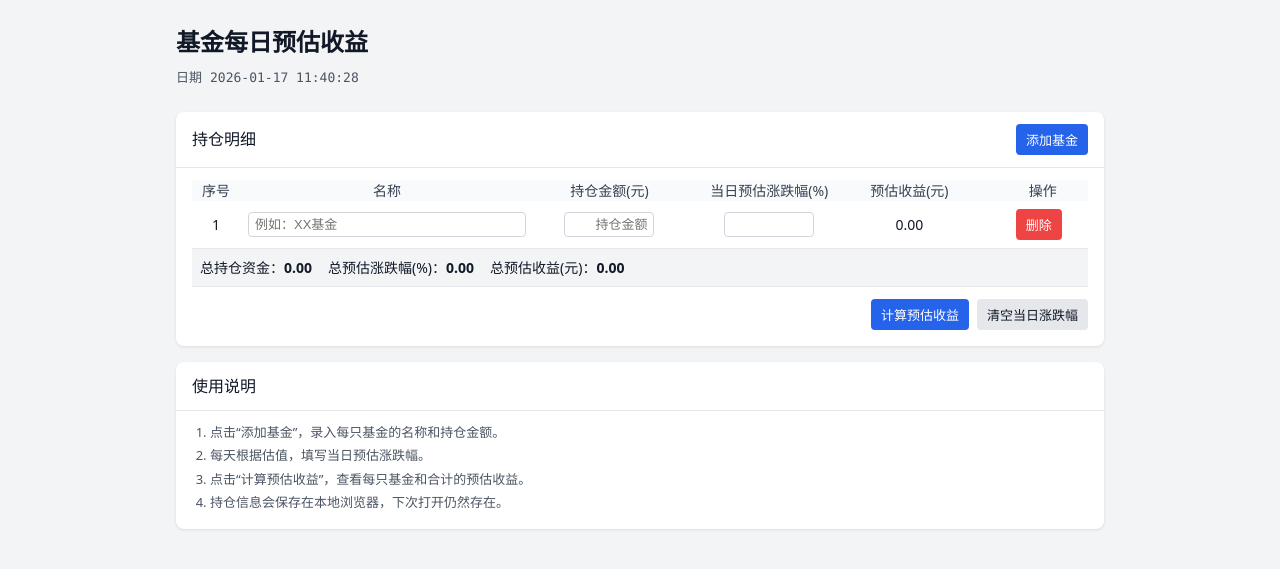
Repository: zt-boom/finance
Page: index.html
The author's editor kept a copy of each file at every save. The page is drawn from the files as they stood at one save, then again after the next save.
The browser window is 1280 px wide. The pictures show the whole page.

Above is the page before, as saved 2026-01-17 13:30:40.

### index.html
<!DOCTYPE html>
<html lang="zh-CN">
<head>
<meta charset="UTF-8">
<title>基金每日预估收益</title>
<meta name="viewport" content="width=device-width,initial-scale=1">
<link rel="stylesheet" href="./style.css">
</head>
<body>
<div class="app">
<header class="app-header">
<h1>基金每日预估收益</h1>
<div class="date-row">
<span>日期</span>
<span id="current-date"></span>
</div>
</header>
<main class="app-main">
<section class="card">
<div class="card-header">
<h2>持仓明细</h2>
<button id="add-fund-btn" class="primary-button">添加基金</button>
</div>
<div class="card-body">
<div class="table-wrapper">
<table class="fund-table">
<thead>
<tr>
<th class="index-col">序号</th>
<th>名称</th>
<th>持仓金额(元)</th>
<th>当日预估涨跌幅(%)</th>
<th>预估收益(元)</th>
<th>操作</th>
</tr>
</thead>
<tbody id="fund-table-body"></tbody>
<tfoot>
<tr class="summary-row">
<td colspan="6">
<div class="summary-items">
<div class="summary-left">
<span>总持仓资金：<strong id="total-amount">0.00</strong></span>
<span>总预估涨跌幅(%)：<strong id="total-percent">0.00</strong></span>
<span>总预估收益(元)：<strong id="total-profit">0.00</strong></span>
</div>
</div>
</td>
</tr>
</tfoot>
</table>
</div>
<div class="actions-row">
<button id="calculate-btn" class="primary-button">计算预估收益</button>
<button id="reset-percentage-btn" class="secondary-button">清空当日涨跌幅</button>
</div>
</div>
</section>
<section class="card">
<div class="card-header">
<h2>使用说明</h2>
</div>
<div class="card-body instructions">
<ol>
<li>点击“添加基金”，录入每只基金的名称和持仓金额。</li>
<li>每天根据估值，填写当日预估涨跌幅。</li>
<li>点击“计算预估收益”，查看每只基金和合计的预估收益。</li>
<li>持仓信息会保存在本地浏览器，下次打开仍然存在。</li>
</ol>
</div>
</section>
</main>
</div>
<script src="./main.js"></script>
</body>
</html>

### style.css
* {
box-sizing: border-box;
margin: 0;
padding: 0;
}

body {
font-family: system-ui, -apple-system, BlinkMacSystemFont, "Segoe UI", sans-serif;
background-color: #f3f4f6;
color: #111827;
line-height: 1.5;
}

.app {
max-width: 960px;
margin: 0 auto;
padding: 24px 16px 40px;
}

.app-header {
display: flex;
flex-direction: column;
gap: 8px;
margin-bottom: 24px;
}

.app-header h1 {
font-size: 24px;
font-weight: 600;
color: #111827;
}

.date-row {
display: flex;
gap: 8px;
align-items: center;
font-size: 13px;
color: #4b5563;
}

.date-row span:last-child {
font-family: ui-monospace, SFMono-Regular, Menlo, Monaco, Consolas, "Liberation Mono", "Courier New", monospace;
font-variant-numeric: tabular-nums;
}

.app-main {
display: flex;
flex-direction: column;
gap: 16px;
}

.card {
background-color: #ffffff;
border-radius: 8px;
box-shadow: 0 1px 3px rgba(15, 23, 42, 0.1);
overflow: hidden;
}

.card-header {
display: flex;
justify-content: space-between;
align-items: center;
padding: 12px 16px;
border-bottom: 1px solid #e5e7eb;
}

.card-header h2 {
font-size: 16px;
font-weight: 500;
}

.card-body {
padding: 12px 16px 16px;
}

.table-wrapper {
overflow-x: auto;
margin-bottom: 12px;
}

.fund-table {
width: 100%;
border-collapse: collapse;
font-size: 14px;
}

.fund-table td {
border-bottom: 1px solid #e5e7eb;
padding: 8px;
text-align: left;
}

.fund-table th.index-col,
.fund-table td[data-role="row-index"] {
width: 48px;
text-align: center;
}

.fund-table td:nth-child(3),
.fund-table td:nth-child(4) {
text-align: center;
}

.fund-table td:nth-child(5),
.fund-table td:nth-child(6) {
text-align: center;
}

.fund-table thead {
background-color: #f9fafb;
}

.fund-table th {
font-weight: 500;
color: #374151;
text-align: center;
}

.fund-table tbody tr:nth-child(even) {
background-color: #f9fafb;
}

.fund-table input {
width: 100%;
padding: 4px 6px;
font-size: 13px;
border-radius: 4px;
border: 1px solid #d1d5db;
outline: none;
text-align: right;
}

.fund-table input.narrow-number-input {
width: 90px;
margin: 0 auto;
}

.fund-table td:nth-child(2) input {
text-align: left;
}

.fund-table th:nth-child(6),
.fund-table td:nth-child(6) {
padding-left: 32px;
}

.fund-table input[type="number"]::-webkit-outer-spin-button,
.fund-table input[type="number"]::-webkit-inner-spin-button {
-webkit-appearance: none;
margin: 0;
}

.fund-table input[type="number"] {
-moz-appearance: textfield;
}

.fund-table input:focus {
border-color: #2563eb;
box-shadow: 0 0 0 1px rgba(37, 99, 235, 0.2);
}

.value-positive {
color: #ef4444;
}

.value-negative {
color: #10b981;
}

.value-zero {
color: #6b7280;
}

.summary-row td {
font-weight: 600;
color: #111827;
background-color: #f3f4f6;
}

.summary-items {
display: flex;
flex-wrap: wrap;
gap: 4px 16px;
justify-content: flex-start;
align-items: center;
}

.summary-items span {
font-weight: 500;
white-space: nowrap;
}

.summary-left {
display: flex;
flex-wrap: wrap;
gap: 4px 16px;
align-items: center;
}

.primary-button,
.secondary-button,
.danger-button {
border-radius: 4px;
border: none;
cursor: pointer;
font-size: 13px;
padding: 6px 10px;
display: inline-flex;
align-items: center;
justify-content: center;
}

.primary-button {
background-color: #2563eb;
color: #ffffff;
}

.primary-button:hover {
background-color: #1d4ed8;
}

.secondary-button {
background-color: #e5e7eb;
color: #111827;
}

.secondary-button:hover {
background-color: #d1d5db;
}

.danger-button {
background-color: #ef4444;
color: #ffffff;
}

.danger-button:hover {
background-color: #dc2626;
}

.actions-row {
display: flex;
flex-wrap: wrap;
gap: 8px;
margin-top: 4px;
justify-content: flex-end;
}

.instructions {
font-size: 13px;
color: #4b5563;
}

.instructions ol {
padding-left: 18px;
display: flex;
flex-direction: column;
gap: 4px;
}

@media (max-width: 640px) {
.app {
padding-inline: 12px;
}
.card-header {
flex-direction: column;
gap: 8px;
align-items: flex-start;
}
}

### main.js
const STORAGE_KEY = "fund_holdings_v1";

function formatCurrency(value) {
if (Number.isNaN(value)) return "0.00";
return value.toFixed(2);
}

function getTodayDateString() {
const now = new Date();
const year = String(now.getFullYear());
const month = String(now.getMonth() + 1).padStart(2, "0");
const day = String(now.getDate()).padStart(2, "0");
const hours = String(now.getHours()).padStart(2, "0");
const minutes = String(now.getMinutes()).padStart(2, "0");
const seconds = String(now.getSeconds()).padStart(2, "0");
return `${year}-${month}-${day} ${hours}:${minutes}:${seconds}`;
}

function loadHoldingsFromStorage() {
try {
const raw = window.localStorage.getItem(STORAGE_KEY);
if (!raw) return [];
const parsed = JSON.parse(raw);
if (!Array.isArray(parsed)) return [];
return parsed;
} catch (e) {
return [];
}
}

function saveHoldingsToStorage(holdings) {
try {
const serialized = JSON.stringify(holdings);
window.localStorage.setItem(STORAGE_KEY, serialized);
} catch (e) {
}
}

function createTableRow(fund) {
const tr = document.createElement("tr");
const indexTd = document.createElement("td");
const nameTd = document.createElement("td");
const amountTd = document.createElement("td");
const percentTd = document.createElement("td");
const profitTd = document.createElement("td");
const actionsTd = document.createElement("td");
const nameInput = document.createElement("input");
nameInput.type = "text";
nameInput.value = fund.name || "";
nameInput.placeholder = "例如：XX基金";
nameInput.addEventListener("change", handleStorageUpdate);
const amountInput = document.createElement("input");
amountInput.type = "number";
amountInput.step = "0.01";
amountInput.min = "0";
amountInput.value = fund.amount != null ? String(fund.amount) : "";
amountInput.placeholder = "持仓金额";
amountInput.addEventListener("change", handleStorageUpdate);
const percentInput = document.createElement("input");
percentInput.type = "number";
percentInput.step = "0.01";
percentInput.placeholder = "";
amountInput.className = "narrow-number-input";
percentInput.className = "narrow-number-input";
const profitSpan = document.createElement("span");
profitSpan.textContent = "0.00";
const deleteButton = document.createElement("button");
deleteButton.textContent = "删除";
deleteButton.className = "danger-button";
deleteButton.addEventListener("click", () => {
const inputs = tr.querySelectorAll("input");
const nameValue = inputs[0] ? inputs[0].value.trim() : "";
const amountValue = inputs[1] ? inputs[1].value.trim() : "";
const percentValue = inputs[2] ? inputs[2].value.trim() : "";
const isEmptyRow = !nameValue && !amountValue && !percentValue;
if (!isEmptyRow) {
const confirmed = window.confirm("确定要删除这条持仓记录吗？");
if (!confirmed) {
return;
}
}
tr.remove();
handleStorageUpdate();
calculateProfit();
updateRowIndices();
});
indexTd.dataset.role = "row-index";
profitTd.dataset.role = "profit-cell";
nameTd.appendChild(nameInput);
amountTd.appendChild(amountInput);
percentTd.appendChild(percentInput);
profitTd.appendChild(profitSpan);
actionsTd.appendChild(deleteButton);
tr.appendChild(indexTd);
tr.appendChild(nameTd);
tr.appendChild(amountTd);
tr.appendChild(percentTd);
tr.appendChild(profitTd);
tr.appendChild(actionsTd);
tr.dataset.role = "fund-row";
return tr;
}

function readHoldingsFromTable() {
const rows = document.querySelectorAll('tr[data-role="fund-row"]');
const holdings = [];
rows.forEach(row => {
const inputs = row.querySelectorAll("input");
const nameInput = inputs[0];
const amountInput = inputs[1];
const name = nameInput.value.trim();
const amount = parseFloat(amountInput.value);
if (!name && (Number.isNaN(amount) || amount <= 0)) {
return;
}
holdings.push({
name,
amount: Number.isNaN(amount) ? 0 : amount
});
});
return holdings;
}

function handleStorageUpdate() {
const holdings = readHoldingsFromTable();
saveHoldingsToStorage(holdings);
}

function populateTableFromStorage() {
const tbody = document.getElementById("fund-table-body");
tbody.innerHTML = "";
const holdings = loadHoldingsFromStorage();
if (holdings.length === 0) {
const row = createTableRow({ name: "", amount: null });
tbody.appendChild(row);
updateRowIndices();
return;
}
holdings.forEach(fund => {
const row = createTableRow(fund);
tbody.appendChild(row);
});
updateRowIndices();
}

function calculateProfit() {
const rows = document.querySelectorAll('tr[data-role="fund-row"]');
let totalProfit = 0;
let totalHoldingAmount = 0;
let activeAmount = 0;
rows.forEach(row => {
const inputs = row.querySelectorAll("input");
const amountInput = inputs[1];
const percentInput = inputs[2];
const amount = parseFloat(amountInput.value);
const percent = parseFloat(percentInput.value);
const profitCell = row.querySelector('td[data-role="profit-cell"] span');
if (!Number.isNaN(amount)) {
totalHoldingAmount += amount;
}
if (Number.isNaN(amount) || Number.isNaN(percent)) {
profitCell.textContent = "0.00";
applyProfitColor(profitCell, 0);
return;
}
const profit = amount * percent / 100;
totalProfit += profit;
activeAmount += amount;
profitCell.textContent = formatCurrency(profit);
applyProfitColor(profitCell, profit);
});
const totalAmountElement = document.getElementById("total-amount");
const totalPercentElement = document.getElementById("total-percent");
if (totalAmountElement) {
totalAmountElement.textContent = formatCurrency(totalHoldingAmount);
}
if (totalPercentElement) {
const totalPercent = activeAmount > 0 ? (totalProfit / activeAmount) * 100 : 0;
totalPercentElement.textContent = formatCurrency(totalPercent);
}
const totalProfitElement = document.getElementById("total-profit");
totalProfitElement.textContent = formatCurrency(totalProfit);
applyProfitColor(totalProfitElement, totalProfit);
}

function resetPercentages() {
const rows = document.querySelectorAll('tr[data-role="fund-row"]');
rows.forEach(row => {
const inputs = row.querySelectorAll("input");
const percentInput = inputs[2];
const profitCell = row.querySelector('td[data-role="profit-cell"] span');
percentInput.value = "";
profitCell.textContent = "0.00";
applyProfitColor(profitCell, 0);
});
const totalProfitElement = document.getElementById("total-profit");
totalProfitElement.textContent = "0.00";
applyProfitColor(totalProfitElement, 0);
const totalPercentElement = document.getElementById("total-percent");
if (totalPercentElement) {
totalPercentElement.textContent = "0.00";
}
const totalAmountElement = document.getElementById("total-amount");
if (totalAmountElement) {
let totalAmount = 0;
const rows = document.querySelectorAll('tr[data-role="fund-row"]');
rows.forEach(row => {
const inputs = row.querySelectorAll("input");
const amountInput = inputs[1];
const amount = parseFloat(amountInput.value);
if (!Number.isNaN(amount)) {
totalAmount += amount;
}
});
totalAmountElement.textContent = formatCurrency(totalAmount);
}
}

function applyProfitColor(element, value) {
if (!element) {
return;
}
element.classList.remove("value-positive", "value-negative", "value-zero");
if (Number.isNaN(value)) {
return;
}
if (value > 0) {
element.classList.add("value-positive");
} else if (value < 0) {
element.classList.add("value-negative");
} else {
element.classList.add("value-zero");
}
}

function initApp() {
const dateElement = document.getElementById("current-date");
if (dateElement) {
dateElement.textContent = getTodayDateString();
}
populateTableFromStorage();
const addFundButton = document.getElementById("add-fund-btn");
const calculateButton = document.getElementById("calculate-btn");
const resetPercentageButton = document.getElementById("reset-percentage-btn");
if (addFundButton) {
addFundButton.addEventListener("click", () => {
const tbody = document.getElementById("fund-table-body");
const row = createTableRow({ name: "", amount: null });
tbody.appendChild(row);
updateRowIndices();
});
}
if (calculateButton) {
calculateButton.addEventListener("click", () => {
calculateProfit();
handleStorageUpdate();
});
}
if (resetPercentageButton) {
resetPercentageButton.addEventListener("click", () => {
const confirmed = window.confirm("确定要清空所有基金的当日预估涨跌幅和预估收益吗？");
if (!confirmed) {
return;
}
resetPercentages();
});
}
}

function updateRowIndices() {
const rows = document.querySelectorAll('tr[data-role="fund-row"]');
rows.forEach((row, index) => {
const indexCell = row.querySelector('td[data-role="row-index"]');
if (indexCell) {
indexCell.textContent = String(index + 1);
}
});
}

if (document.readyState === "loading") {
document.addEventListener("DOMContentLoaded", initApp);
} else {
initApp();
}

After the next save:
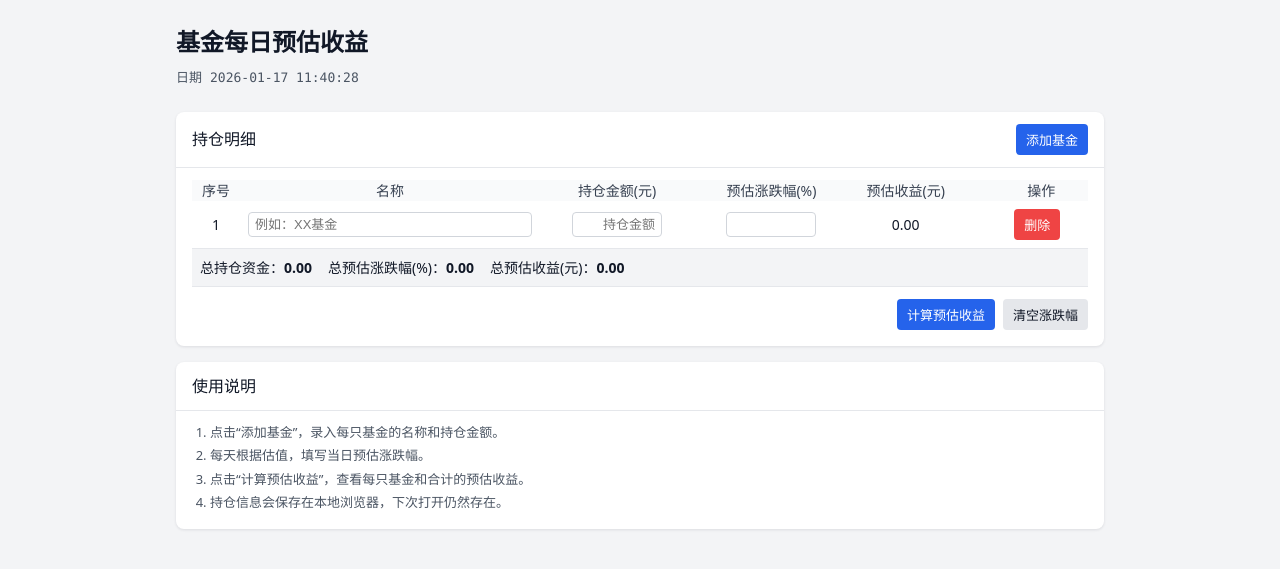
Saved 69 s later.
--- a/index.html
+++ b/index.html
@@ -29,7 +29,7 @@
 <th class="index-col">序号</th>
 <th>名称</th>
 <th>持仓金额(元)</th>
-<th>当日预估涨跌幅(%)</th>
+<th>预估涨跌幅(%)</th>
 <th>预估收益(元)</th>
 <th>操作</th>
 </tr>
@@ -52,7 +52,7 @@
 </div>
 <div class="actions-row">
 <button id="calculate-btn" class="primary-button">计算预估收益</button>
-<button id="reset-percentage-btn" class="secondary-button">清空当日涨跌幅</button>
+<button id="reset-percentage-btn" class="secondary-button">清空涨跌幅</button>
 </div>
 </div>
 </section>
